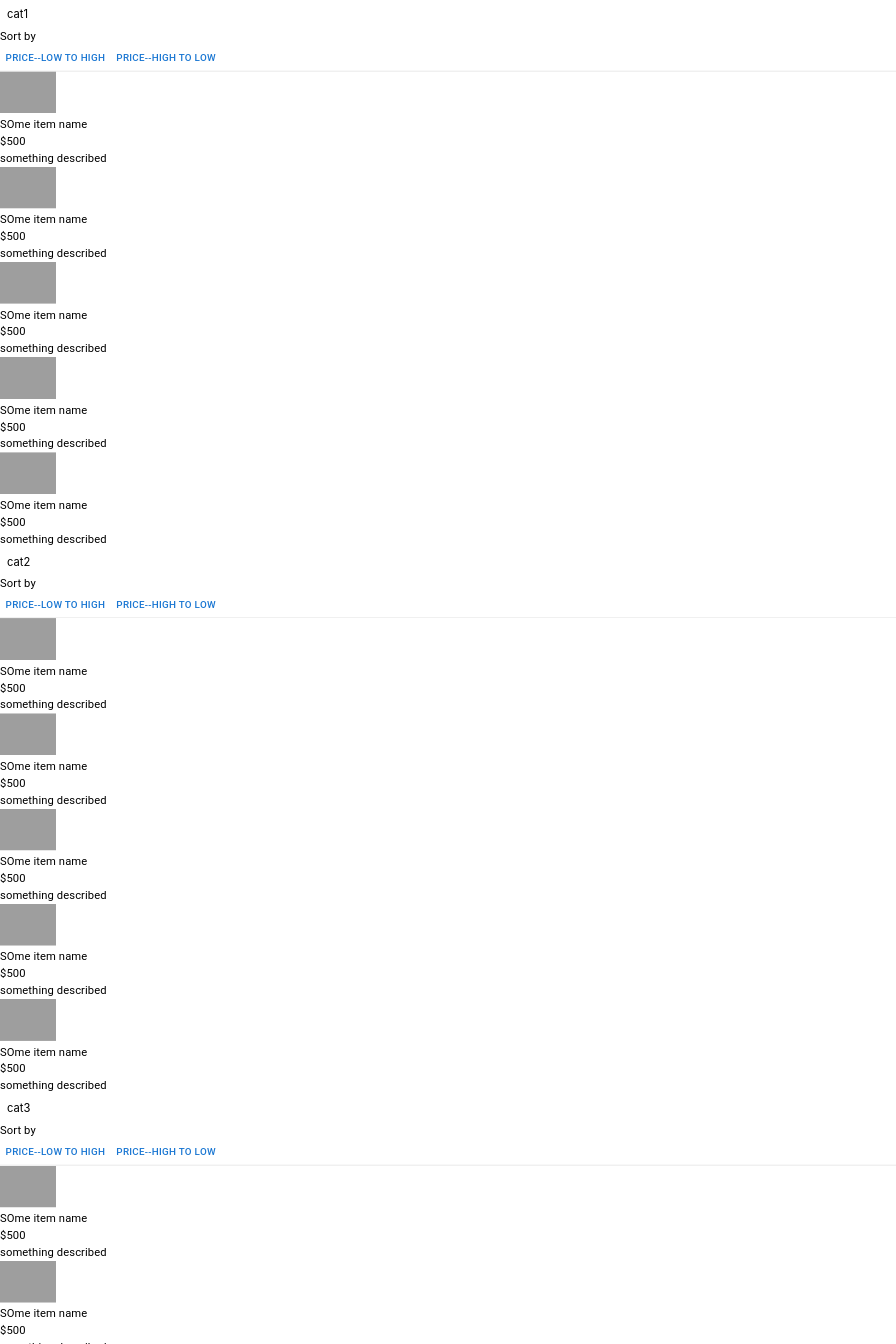
Repository: robin-fareye/reactjs-frontend-flipzone
Page: /
The author's editor kept a copy of each file at every save. The page is drawn from the files as they stood at one save, then again after a run of saves.
The browser window is 1280 px wide. The pictures show the part of the page from y = 0 to 1920 px (the page is 3126 px tall before and 786 px after), at 70% of full size.
Pictures or frames that could not be fetched are drawn as grey boxes. The project was rebuilt for these pictures with package versions that can differ from the ones it lists, and the page was loaded fresh each time. Also part of the build but not shown: src/App.css, src/component/auth/Login.css, src/api/Login.js, src/component/auth/Login.js, src/component/category/Category.css, src/component/category/Category.js, src/component/header/Header.css, src/component/header/Header.js and 8 more.

Above is the page before, as saved 2022-11-14 19:17:54.

### src/App.js
import React from 'react';
import './App.css';
import Login from './component/auth/Login';
import Category from './component/category/Category';
import Header from './component/header/Header';
import Home from './component/home/Home';
import Cart from './component/Cart/Cart';
import ProductCatalouge from './component/ProductCatalogue/ProductCatalouge';
import ProductDetails from './component/ProductDetails/ProductDetails';
import CheckoutPage from './component/Checkout/CheckoutPage';
import RetailerAddProduct from './component/retailer/RetailerAddProduct';
function App() {
  return (
    <div>

      <ProductCatalouge/>

    </div>
  );
}

export default App;

### src/component/ProductCatalogue/ProductCatalouge.js
import { Box, Typography, Grid, Button, Divider } from '@mui/material'
import React, { useState, useEffect } from 'react'

const ProductCatalouge = () => {

    const [sort, setSort] = useState("asc");

    const getCardItem=(item)=>{
        return (
        <Box className='card-container'>
            <img
            style={{height:"60px"}}
            className='image-item-catalouge'
            src='https://rukminim1.flixcart.com/image/416/416/kcgk1ow0/headphone/n/u/a/235v2-fast-charging-boat-original-imaftk6us4af7bca.jpeg?q=70'
            alt='image'
            />
            <Typography>{item.name}</Typography>
            <Typography>{item.price}</Typography>
            <Typography>{item.description}</Typography>
        </Box>
        )
    }
    const catagories=["cat1","cat2","cat3","cat4"]
    const items=[
        {
            name:"SOme item name",
            price:"$500",
            description:"something described"
        },
        {
            name:"SOme item name",
            price:"$500",
            description:"something described"
        },
        {
            name:"SOme item name",
            price:"$500",
            description:"something described"
        },
        {
            name:"SOme item name",
            price:"$500",
            description:"something described"
        },
        {
            name:"SOme item name",
            price:"$500",
            description:"something described"
        },
    ]

  return (
    <Box className='main-catalouge-container'>
       {catagories?.map((item)=>{
        return(
            <Box className='catagory-container'>
                <Box className='container-header'>
                    {item}
                </Box>
                <Box className='container-body'>
                    <Grid item lg={10}>
                        <Box className='sort'>
                            <Typography>Sort by</Typography>
                            {/* <Button onClick={() => setSort("popular")}>Popularity</Button> */}
                            <Button onClick={() => setSort("asc")}>Price--low to high</Button>
                            <Button onClick={() => setSort("desc")}>Price--high to low</Button>
                        </Box>
                        <Divider />
                        <Box className="inner-body">
                            {
                                items.sort((a, b) => sort === "asc" ? a.price - b.price : b.price - a.price)
                                .map((items) => {
                                    return (
                                        getCardItem(items)
                                    )
                                })
                            }
                        </Box>
                    </Grid>
                </Box>
            </Box>
        )
       })}
    </Box>
  )
}

export default ProductCatalouge

 {/* {
            items?.map((item)=>{
                return getCardItem(item)
            })
        } */}

### src/component/Cart/Cart.css
body{
    padding: 10px 70px;
}
.main-container{
    display: flex;
    height: 100vh;
}
.item-list{
    width: 65%;
}
.order-details{
    width: 35%;
}
.order-list-header{
    height: 60px;
    border: 1px solid rgb(172, 171, 171);

}
.item-count{
    font-weight: 800 !important;
    font-size: 22px !important;
    margin: 12px !important;
}
.card-list-container{
    margin-top: 10px;
    display: flex;
    height: 200px;
    border: 1px solid rgb(172, 171, 171);
    /* border-top: 0px; */
}
.image-and-count{
    width: 25%;
    display: flex;
    justify-content: center;
}
.description{
    padding: 10px;
    width: 75%;
}
.action-button-container{
    display: flex;
    align-items: center;
}
.counter{
    display: flex;
    height: 30px;
    width: 90px;
    border: 1px solid rgb(161, 159, 159);
    border-radius: 5px;
}
.add-box{
    width: 30px;
    display: flex;
    justify-content: center;
    align-items: center;
}
.remove-box{
    width: 30px;
    display: flex;
    justify-content: center;
    align-items: center;
}
.count-box{
    width: 30px;
    border-right:1px solid rgb(161, 159, 159);
    border-left:1px solid rgb(161, 159, 159);
    display: flex;
    justify-content: center;
    align-items: center;
}
.summery-card{
    border: 1px solid rgb(172, 171, 171);
    margin-left: 20px;

}
.summery-header{
    border-bottom: 1px solid rgb(172, 171, 171);
    height: 60px;
    display: flex;
    padding-left: 10px;
    align-items: center;
}
.summery-content{
    padding:12px;
}
.table-structure{
    margin-bottom: 20px;
    display: flex;
    justify-content: space-between;
}

### src/component/Checkout/CheckoutPage.css
body {
    padding: 0px;
    margin: 0px;
}

.checkout-container {
    display: flex;

}

.address-container {
    width: 50%;
    height: 60px;
    padding: 20px;
}

.payment-details {
    padding: 20px;
    width: 50%;
}

.address-table {
    border: 1px solid rgba(139, 138, 138, 0.664);
    padding: 20px;
    display: flex;
    flex-direction: column;
}

.checkout-fields {
    margin: 10px !important;
}

.payment-table {
    border: 1px solid rgba(139, 138, 138, 0.664);
    padding: 20px;
    display: flex;
    flex-direction: column;
    justify-content: center;
}

.order-button {

    width: 30%;
    margin-top: 20px !important;
    margin-left: 11px !important;
}

### src/component/retailer/RetailerAddProduct.css
.main-container{
    display: flex;
    flex-direction: column;
    align-items: center;
    justify-content: center;
}
.container-header{
    margin-bottom: 20px !important;
    margin: 10px !important;
}
.text-field{
    margin: 10px !important;
}
.add-button{
    margin-top: 10px !important;
    background-color: #0D4C92;
    color: aliceblue;
    font-weight: 600;
    margin: 10px !important;
}

Loaded but not shown: public/index.html (common file); src/index.js (common file); src/index.css (common file); src/reportWebVitals.js (common file)

After the next 2 saves:
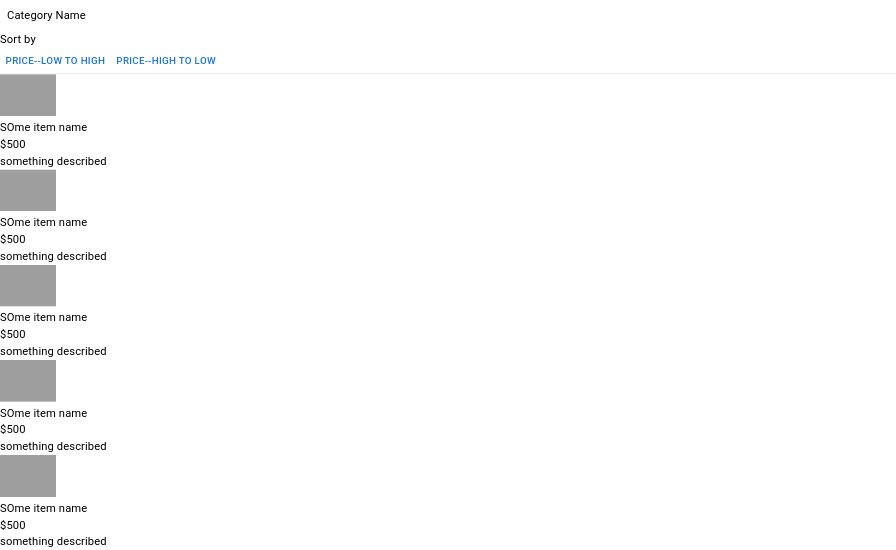
The 2 saves are shown as one change because 1 did not build or start.
The last was saved 2 min 22 s later.
--- a/src/component/ProductCatalogue/ProductCatalouge.js
+++ b/src/component/ProductCatalogue/ProductCatalouge.js
@@ -49,40 +49,34 @@ const ProductCatalouge = () => {
         },
     ]
 
-  return (
-    <Box className='main-catalouge-container'>
-       {catagories?.map((item)=>{
-        return(
-            <Box className='catagory-container'>
-                <Box className='container-header'>
-                    {item}
-                </Box>
-                <Box className='container-body'>
-                    <Grid item lg={10}>
-                        <Box className='sort'>
-                            <Typography>Sort by</Typography>
-                            {/* <Button onClick={() => setSort("popular")}>Popularity</Button> */}
-                            <Button onClick={() => setSort("asc")}>Price--low to high</Button>
-                            <Button onClick={() => setSort("desc")}>Price--high to low</Button>
-                        </Box>
-                        <Divider />
-                        <Box className="inner-body">
-                            {
-                                items.sort((a, b) => sort === "asc" ? a.price - b.price : b.price - a.price)
-                                .map((items) => {
-                                    return (
-                                        getCardItem(items)
-                                    )
-                                })
-                            }
-                        </Box>
-                    </Grid>
-                </Box>
+    return (
+        <Box className='catagory-container'>
+            <Box className='container-header'>
+                <Typography>Category Name</Typography>
             </Box>
-        )
-       })}
-    </Box>
-  )
+            <Box className='container-body'>
+                <Grid item lg={10}>
+                    <Box className='sort'>
+                        <Typography>Sort by</Typography>
+                        {/* <Button onClick={() => setSort("popular")}>Popularity</Button> */}
+                        <Button onClick={() => setSort("asc")}>Price--low to high</Button>
+                        <Button onClick={() => setSort("desc")}>Price--high to low</Button>
+                    </Box>
+                    <Divider />
+                    <Box className="inner-body">
+                        {
+                            items.sort((a, b) => sort === "asc" ? a.price - b.price : b.price - a.price)
+                            .map((items) => {
+                                return (
+                                    getCardItem(items)
+                                )
+                            })
+                        }
+                    </Box>
+                </Grid>
+            </Box>
+        </Box>
+    )
 }
 
 export default ProductCatalouge
